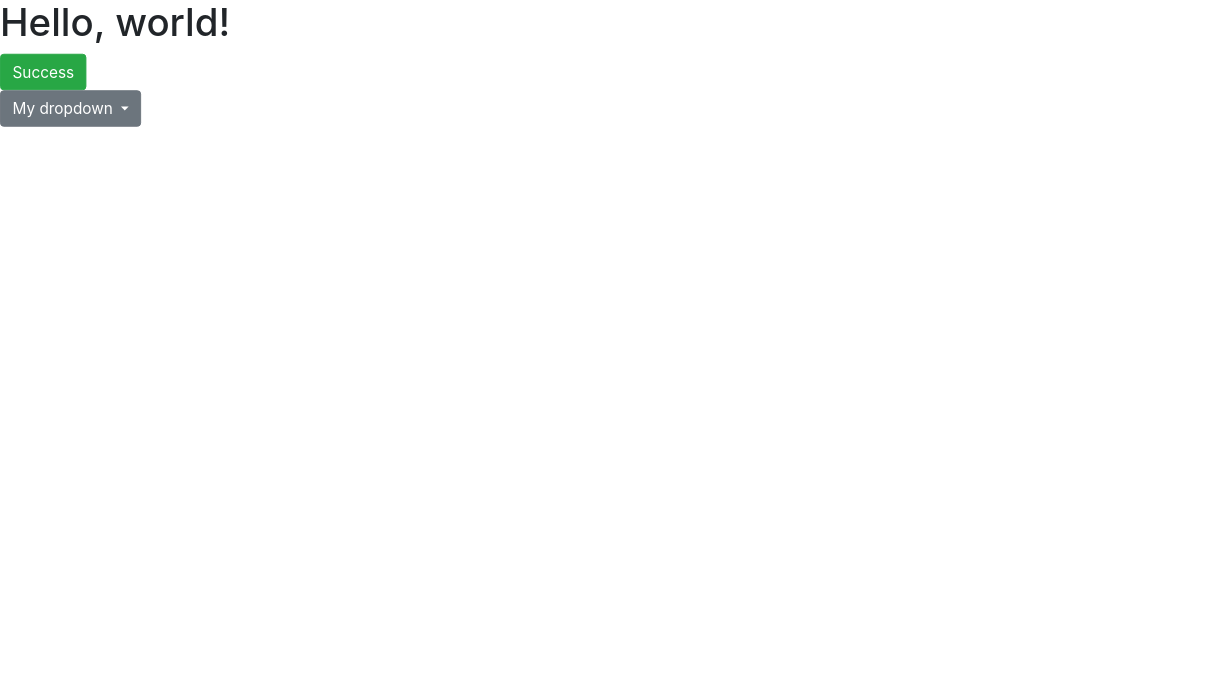
Repository: hyeyeonjung/YONI
Page: 2.html
The author's editor kept a record of every edit. The page is drawn from the files as they stood at one moment, then again after the next edit.
The browser window is 1280 px wide. The pictures show the whole page, at 96% of full size.

Above is the page before.

### 2.html
<!DOCTYPE html>
<html lang="en">
<head>
    <meta charset="UTF-8">
    <meta name="viewport" content="width=, initial-scale=1.0">
    <meta http-equiv="X-UA-Compatible" content="ie=edge">
    <title>Document</title>
</head>
<body>
    <link rel="stylesheet" href="https://stackpath.bootstrapcdn.com/bootstrap/4.5.0/css/bootstrap.min.css" integrity="sha384-9aIt2nRpC12Uk9gS9baDl411NQApFmC26EwAOH8WgZl5MYYxFfc+NcPb1dKGj7Sk" crossorigin="anonymous">

    <title>Hello, world!</title>
  </head>
  <body>
    <h1>Hello, world!</h1>
    <button type="button" class="btn btn-success">Success</button>
        <div class="dropdown">
      <button class="btn btn-secondary dropdown-toggle" type="button" id="dropdownMenuButton" data-toggle="dropdown" aria-haspopup="true" aria-expanded="false">
        My dropdown
      </button>
      <div class="dropdown-menu" aria-labelledby="dropdownMenuButton">
        <a class="dropdown-item" href="#">one</a>
        <a class="dropdown-item" href="#">two</a>
        <a class="dropdown-item anything" href="#">three</a>
      </div>
    </div>
    <!-- Optional JavaScript -->
    <!-- jQuery first, then Popper.js, then Bootstrap JS -->
    <script src="https://code.jquery.com/jquery-3.5.1.slim.min.js" integrity="sha384-DfXdz2htPH0lsSSs5nCTpuj/zy4C+OGpamoFVy38MVBnE+IbbVYUew+OrCXaRkfj" crossorigin="anonymous"></script>
    <script src="https://cdn.jsdelivr.net/npm/popper.js@1.16.0/dist/umd/popper.min.js" integrity="sha384-Q6E9RHvbIyZFJoft+2mJbHaEWldlvI9IOYy5n3zV9zzTtmI3UksdQRVvoxMfooAo" crossorigin="anonymous"></script>
    <script src="https://stackpath.bootstrapcdn.com/bootstrap/4.5.0/js/bootstrap.min.js" integrity="sha384-OgVRvuATP1z7JjHLkuOU7Xw704+h835Lr+6QL9UvYjZE3Ipu6Tp75j7Bh/kR0JKI" crossorigin="anonymous"></script>
  </body>
</html>
</body>
</html>

### test.css
h1{
    background-color:black;
    color: white;
}

p{
    font-weight:bold;
    font-size:5rem;
}

h1{
  color:green;
}

.red-color{
    color:red;
}

#myid{
    color:yellow;
}

@media(max-width:768px){
    body{
        background:orange;
    }
}

div{
    border:1px solid black;
    display:inline-block;
    width:70px;
    height:50px;
    padding:10px 20px;
    margin:10px;
    box-sizing:border-box;
    font-size:0.5rem;
    text-align:center;

}

#box3{
    width:50px;
    height:50px;
    border-radius:5px;
    position:absolute;
    left:10px;
    top:10px;
}

#box2{
    position:relative;
}

html,
body{
    min-height:1000px;
}


.anything
{
     color:red;
     font-size:2rem;
}

After the next edit:
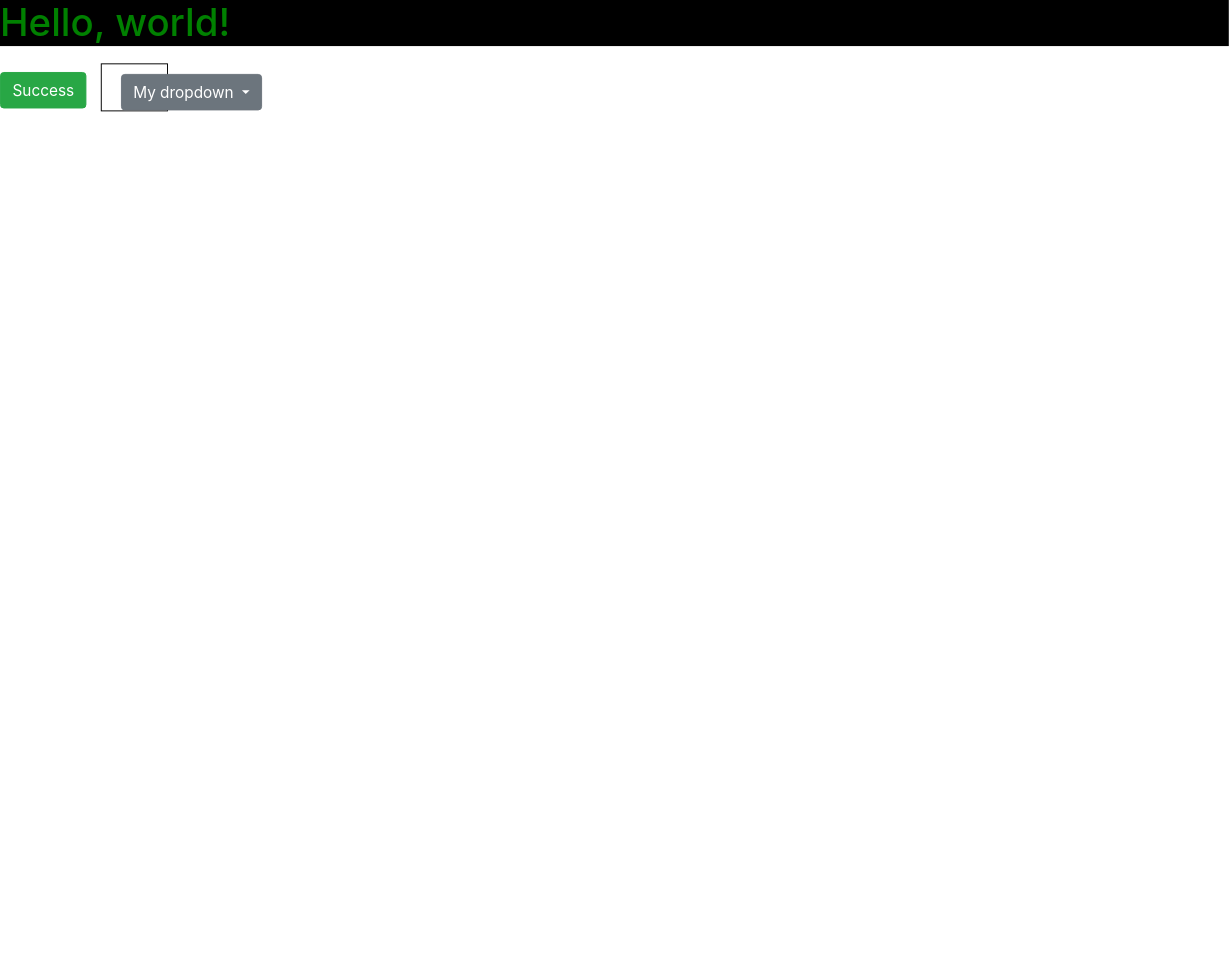
The edit:
--- a/2.html
+++ b/2.html
@@ -8,7 +8,7 @@
 </head>
 <body>
     <link rel="stylesheet" href="https://stackpath.bootstrapcdn.com/bootstrap/4.5.0/css/bootstrap.min.css" integrity="sha384-9aIt2nRpC12Uk9gS9baDl411NQApFmC26EwAOH8WgZl5MYYxFfc+NcPb1dKGj7Sk" crossorigin="anonymous">
-
+    <link rel="stylesheet" href="test.css" type="text/css" />
     <title>Hello, world!</title>
   </head>
   <body>
